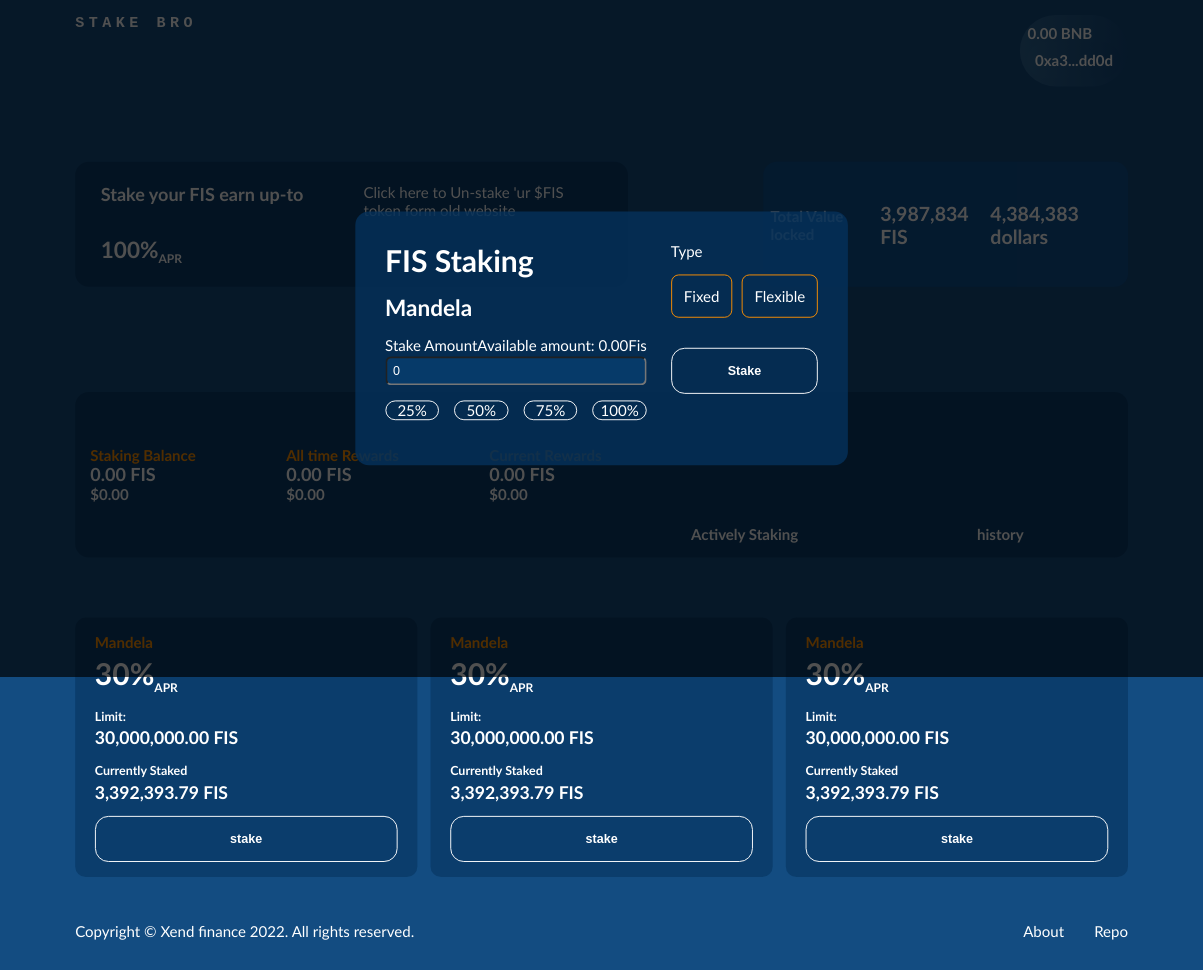
Repository: NorVirae/Stake
Page: /, after clicking the first element matching `button.stake-button`
These files come from the project's save history. The page is drawn as it stood at one moment and after the next save; the edit follows.
The browser window is 1280 px wide. The pictures show the whole page, at 94% of full size.
The project was rebuilt for these pictures with package versions that can differ from the ones it lists, and the page was loaded fresh each time.

Above is the page before, as saved 2022-04-18 19:33:02.

### src/App.tsx
import React, { useState } from 'react';
import AccountInfoCard from './components/cards/account-info-card';
import AprCard from './components/cards/apr-card';
import StakeModal from './components/modals/stake-modal';
import './styles/app.css'

function App() {
  const [isWalletConnected, setIsWalletConnected] = useState(false)
  const [showModal, setShowModal] = useState(false)

  return (
    <div className="stake-container">

      {showModal && <StakeModal showModal={showModal} setShowModal={setShowModal}/>}
      <header>
        <nav>
            <a href='logo' className='logo'>Stake Bro</a>
            <ul>
              {
                isWalletConnected?
                  <li className='connect-wallet-btn'>Connect Wallet</li>:
                  <li className='connect-wallet-btn'>0.00 BNB
                    <li className='connect-wallet-btn'>0xa3...dd0d</li>
                </li>
                }

            </ul>
        </nav>
      </header>



      <main>
        <section className='info-global'>
          <div className='info-main'>
            <div className='inner-container-left'>
              <h1 className='earn-text'> Stake your FIS earn up-to</h1>
              <h1>100%<sub className='sub'>APR</sub></h1>

            </div>

            <div className='inner-container-right'>
              <p>Click here to Un-stake 'ur $FIS token form old website</p>
              {/* <span>{"=>"}</span> */}
            </div>
          </div>

          <div className='public-stake-info'>
            <h3 className='total-locked'>Total Value locked</h3>
            <h1 className='total-locked-token'>3,987,834 FIS</h1>
            <h2 className='total-locked-dollars'>4,384,383 dollars</h2>

          </div>

        </section>

        <section className='connection-info'>
          {
          isWalletConnected?
          <div className={'connection-container-user'}>
            <div className='connection-info-text'>No Wallet connected</div>
            <div> Connect wallet to see your balance</div>
          </div>
          :
          <>
          <div className='user-stake-info-container'>
            <AccountInfoCard title='Staking Balance' token='0.00' dollarEquiv='0.00'/>

            <AccountInfoCard title='All time Rewards' token='0.00' dollarEquiv='0.00'/>


            <AccountInfoCard title='Current Rewards' token='0.00' dollarEquiv='0.00'/>


          </div>

          <div className='info-redirect'>
            <h1>Actively Staking </h1>
            <h1>history </h1>

          </div>

          </>
          }
        </section>

        <section className='reward'>
          <AprCard stakeAction={setShowModal}/>
          <AprCard stakeAction={setShowModal}/>
          <AprCard stakeAction={setShowModal}/>
        </section>

      </main>

      <footer>
        <div className='copyright-info'>
          Copyright &copy; Xend finance 2022. All rights reserved.
        </div>
        <ul>
          <li>About</li>
          <li>Repo</li>

        </ul>
      </footer>

    </div>
  );
}

export default App;

### src/components/cards/account-info-card.tsx
import React from 'react';

interface StakeInfoParams {
    title:string,
    token:string,
    dollarEquiv:string
}

const AccountInfoCard:React.FC<StakeInfoParams> = ({title, token, dollarEquiv}) => {
    return <div className='user-stake-info'>
                <h2 className='staking-balance'>{title}</h2>
                <h1 className='token-balance-fis'>{token} FIS</h1>
                <h2 className='token-balance-dollars'>${dollarEquiv}</h2>
            </div>
}

export default AccountInfoCard;

### src/components/cards/apr-card.tsx
import React, { useState } from "react";

interface AprCardInterface{
    stakeAction:any
}

const AprCard:React.FC<AprCardInterface> = ({stakeAction})=>{
    const [isWalletConnected, setIsWalletConnected] = useState(false)
    return <div className='apr-card'>
                <div className='mandela-container'>
                    <h4 className="mandela">Mandela</h4>
                    <h1 className="apr-announce">30%<sub className="sub">APR</sub></h1>
                </div>


                <div className='limit-container'>
                    <h5>Limit:</h5>
                    <h3>30,000,000.00 FIS</h3>
                </div>

                <div className='current-container'>
                    <h5>Currently Staked</h5>
                    <h3>3,392,393.79 FIS</h3>
                </div>

                {isWalletConnected?<button className="stake-button">No wallet connected</button>:
                <button onClick = {e=>stakeAction(true)}
                className="stake-button">stake</button>}

        </div>
}

export default AprCard;

### src/components/modals/stake-modal.tsx
import React, { useState } from 'react';


interface StakeModalInterface{
    setShowModal?:any,
    showModal:boolean
}

const StakeModal:React.FC<StakeModalInterface> = ({setShowModal, showModal}) => {

    const [amountToStake, setAmountToStake] = useState(0)
    return <div onClick={e=>setShowModal(false)} className='stake-modal-container'>

                <div onClick={e=>null} className='stake-modal'>
                    <div className='stake-inner-left'>
                        <h1>FIS Staking</h1>

                        <h2> Mandela</h2>

                        <form>
                            <fieldset className='form-group'>

                                <label className='form-label'><span>Stake Amount </span> <span>Available amount: 0.00Fis</span></label>
                                <input value={amountToStake} className='form-input'/>

                            </fieldset>
                        </form>

                        <div className='percentage-container'>

                            <div className='btn-percentage'>
                                25%

                            </div>

                            <div className='btn-percentage'>
                                50%

                            </div>

                            <div className='btn-percentage'>
                                75%

                            </div>

                            <div className='btn-percentage'>
                                100%

                            </div>
                        </div>

                        <div className='stake-type'>

                        </div>

                    </div>

                    <div className='stake-inner-right'>

                        <div className='type-title'>Type</div>
                        <div className='type-btn-container'>
                            <div className='btn-type'>
                                    Fixed
                            </div>

                            <div className='btn-type'>
                                    Flexible
                            </div>
                        </div>

                        <div className='duration'>
                            <div className='duration-btn'>

                            </div>

                        </div>

                        <button className='stake-button'>Stake</button>
                    </div>

                </div>

            </div>


}
export default StakeModal;

### src/styles/app.css
*{
    padding: 0;
    margin: 0;

}

::-webkit-scrollbar{
    background-color: #134C81;
    width: .4rem;
}

::-webkit-scrollbar-thumb{
    background-color: #0c5ba5;
}

img {
    width: 100%;
}

li {
    list-style-type: none;
}

body{
    background-color: #134C81;
    color: #ffff;
    font-family:'Trebuchet MS', 'Lucida Sans Unicode', 'Lucida Grande', 'Lucida Sans', Arial, sans-serif;
}
.stake-container {
    max-width: 70rem;
    margin:auto;
    display: flex;
    flex-direction: column;
    gap: 1rem;
}


nav {
    display:  flex;
    justify-content: space-between;
    padding: 1rem 0;
    position: sticky;
    top:0;
}

main {
    display: flex;
    flex-direction: column;
    gap:4rem;
}
.logo {
    text-decoration: none;
    font-family: 'Courier New', Courier, monospace;
    font-weight: 900;
    color: #ffff;
    letter-spacing: .3rem;
    text-transform: uppercase;
}

.connect-wallet-btn{
    padding: .6rem .5rem;
    background-image: linear-gradient(to right, #2d6797, #134C81  );
    font-weight: bold;
    border-radius: 3rem;
    transition: background-image .5s ease-in-out;
}

.connect-wallet-btn:hover{
    background-image: linear-gradient(to right, #134C81, #2d6797 );
    cursor: pointer;
    color: rgb(225, 225, 235);

}

.info-global{
    display: flex;
    justify-content: space-between;
    padding: 3rem 0;
    gap: 9rem;
}

.info-main{
    display: flex;
    background-color: #05315a88;
    border-radius: .9rem;
    padding: .5rem .9rem;

}

.inner-container-left, .inner-container-right{

    width: 100%;
    padding: .9rem .8rem;
    border-radius: .9rem;
    display: flex;
    flex-direction: column;
    gap:2rem
}



.earn-text {
    font-size: 1.2rem;
}

.sub{
    font-size: .8rem;
}

.public-stake-info {
    display: flex;
    justify-content: center;
    align-items: center;
    border-radius: .9rem;
    padding: .5rem;
    gap: .4rem;

    background-color: #0c5ba588;

}


.total-locked{
    font-size: 1rem;

}

.total-locked-token{
    font-size: 1.3rem;
}

.total-locked-dollars {
    font-size: 1.3rem;
}


.connection-info{
    display: flex;
    background-color: #05315a88;
    border-radius: .9rem;
    justify-content: center;
    align-items: center;
    height: 20vh;
    padding: 1rem 1rem;

}

.connection-info-text {
    font-size: 1.2rem;
    text-transform: uppercase;
}

.user-stake-info-container{
    display: flex;
    justify-content: space-between;
    width: 100%;
}

.staking-balance{
    font-size: 1rem;
    color: #FF9100;;
}

.token-balance-fis{
    font-size: 1.2rem;
}

.token-balance-dollars{
    font-size: 1rem;
}

.info-redirect{
    width: 100%;
    height: 100%;
    display: flex;
    justify-content: flex-end;
    align-items: flex-end;
    justify-content: space-around;
}

.info-redirect h1 {
    font-size: 1rem;
}

.connection-container-user{
    display: flex;
    flex-direction: column;
    justify-content: center;
    align-items: center;
}


.reward{
    display: flex;
    justify-content: space-between;
    gap: .9rem;
}

.apr-card{
    background-color: #05315a88;
    padding: 1rem 1.3rem;
    border-radius: .7rem;
    display: flex;
    flex-direction: column;
    justify-content: space-around;
    flex: 1;
    gap: .9rem;
}

.mandela-container{
    display: flex;
    flex-direction: column;
    justify-content: space-between;
    gap:.3rem;
}

.mandela{
    font-size: 1rem;
    color: #FF9100;

}

.apr-announce{
    font-size: 2rem;
}

.limit-container{
    display: flex;
    flex-direction: column;
    justify-content: space-between;
    gap:.3rem;
}

.current-container{
    display: flex;
    flex-direction: column;
    justify-content: space-between;
    gap:.3rem;
}

.stake-button{
    border-radius: .9rem;
    border: .1px solid white;
    background-color: transparent;
    padding: 1rem .6rem;
    color: #fff;
    font-weight: bold;
    transition: color .4s ease-in-out, border .4s ease-in-out;

}

.stake-button:hover{
    cursor: pointer;
    color: #FF9100;
    border: .1px solid #FF9100;

}

footer{
    display: flex;
    justify-content: space-between;
    padding: 2rem 0;

}
.copyright-info{
    display: flex;
}

footer ul{
    display: flex;
    gap: 2rem;
}


/* Stake Modal */
.stake-modal-container{
    z-index: 9;
    background-color: rgba(0, 0, 0, 0.685);
    position: fixed;
    width: 100vw;
    height: 100vh;
    top: 0%;
    left: 0%;
    display: flex;
    justify-content: center;
    align-items: center;

}

.stake-modal-container:hover{
    cursor: pointer;
}

.stake-modal{
    display: flex;
    background-color: #05315ad2;
    padding: 2rem;
    border-radius: .9rem;
    gap: .6rem;
    z-index: 8;
}

.stake-modal:hover{
    border: .2rem solid #05315ad2;
}

.stake-inner-left{
    display: flex;
    flex-direction: column;
    padding-right: 1rem;
    gap: 1rem;
}

.form-group{
    display: flex;
    flex-direction: column;
    border: none;
    gap: .2rem;

}

.form-label{
    display: flex;
    justify-content: space-between;
}

.form-input {
    border-radius: .4rem;
    padding: .4rem;
    background-color: #0c5ba54b;
    color: #fff;
}

.percentage-container{
    display: flex;
    justify-content: space-between;
    gap: 1rem;
}

.btn-percentage{
    border: .1rem solid #fff;
    border-radius: .9rem;
    flex:1;
    display: flex;
    justify-content: center;
    align-items: center;
    transition: background-color .4s ease-in-out, color .4s ease-in-out;
}

.btn-percentage:hover{
    background-color: #fff;
    color: #0c5ba5;
    cursor: pointer;
}

.stake-inner-right{
    display: flex;
    flex-direction: column;
    gap: 1rem;
}

.type-btn-container{
    display: flex;
    gap: .6rem;

}

.btn-type {
    border: .1px solid #FF9100;
    padding: .8rem;
border-radius: .5rem;}

Loaded but not shown: public/index.html (common file); src/index.tsx (common file); src/reportWebVitals.ts (common file)

After the next save:
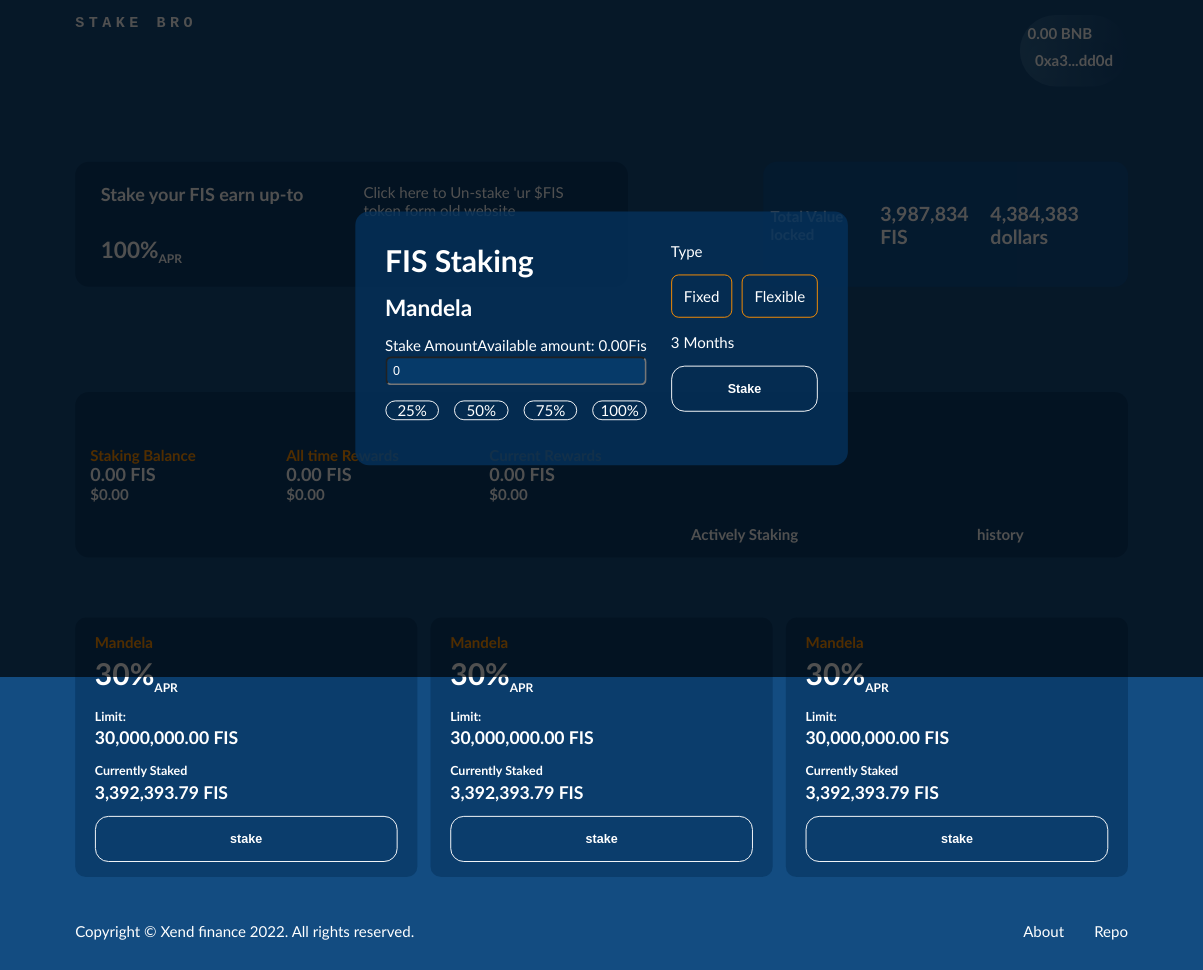
Saved 6 s later.
--- a/src/components/modals/stake-modal.tsx
+++ b/src/components/modals/stake-modal.tsx
@@ -70,7 +70,7 @@
 
                         <div className='duration'>
                             <div className='duration-btn'>
-
+                                3 Months
                             </div>
 
                         </div>
